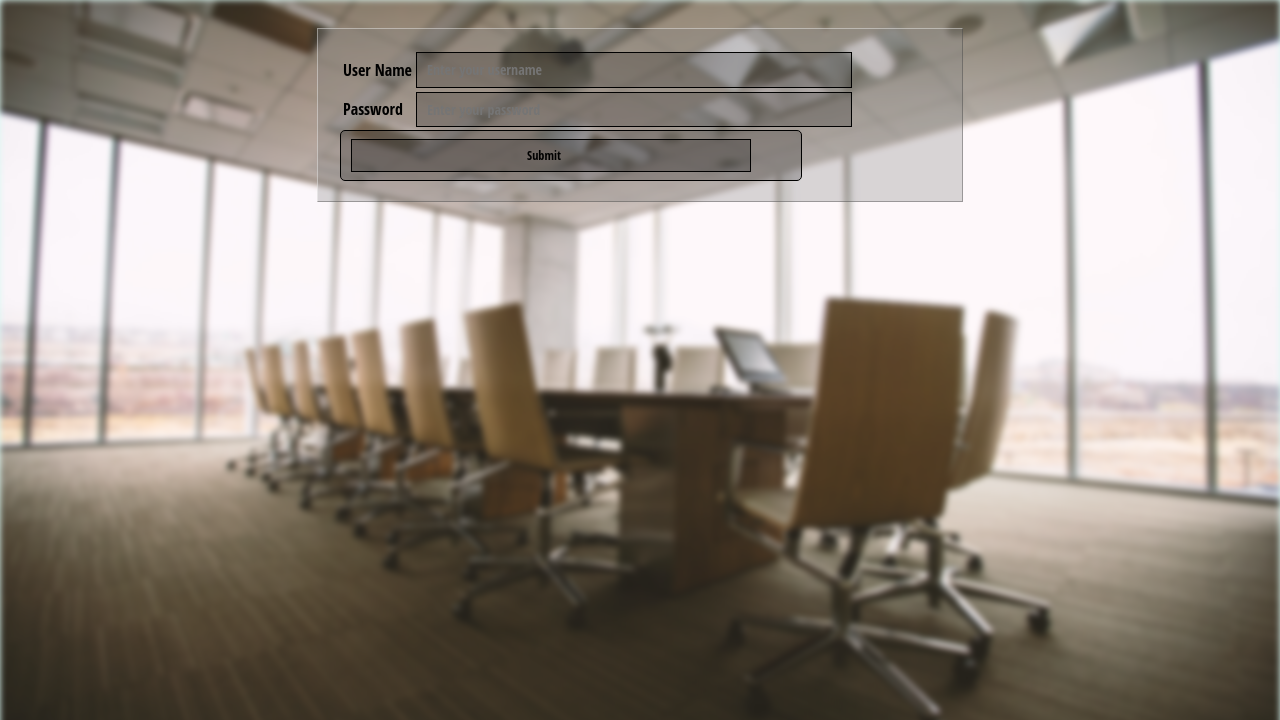
Repository: IT20643218/Employee-Management-System-OOP-Project-20-Y2S2
Page: http://localhost/EmployeeDemo/login.jsp
These files come from the project's save history. The page is drawn as it stood at one moment and after the next save; the edit follows.
The browser window is 1280 px wide. The pictures show the whole page.
Some web fonts or font styles are not loaded; a fallback is used. The page is served by Tomcat 9. Nobody is signed in. The application's start-up code is not run. Other server files are loaded and not shown.

Above is the page before, as saved 2021-09-30 12:58:42.

### Java_Project/EmployeeDemo/src/main/webapp/login.jsp
<%@ page language="java" contentType="text/html; charset=ISO-8859-1"
    pageEncoding="ISO-8859-1"%>
<!DOCTYPE html>
<html>
<head>
<meta charset="ISO-8859-1">
<title>Insert title here</title>
</head>
<link rel="stylesheet" href="style1.css">
<style>
@import url(https://fonts.googleapis.com/css?family=Open+Sans+Condensed:700);

body {
  background-color: #daf7f3;
  font-family: "Open Sans Condensed", sans-serif;

}

#bg {
  position: fixed;
  left: 0;
  top: 0;
  width: 100%;
  height: 100%;
  background: url(images/login.jpg) no-repeat center center fixed;
  background-size: cover;
  -webkit-filter: blur(3px);
}

form {
  position: relative;
  width: 600px;
  margin: 0 auto;
  background: rgba(130,130,130,.3);
  padding: 20px 22px;
  border: 1px solid;
  border-top-color: rgba(255,255,255,.4);
  border-left-color: rgba(255,255,255,.4);
  border-bottom-color: rgba(60,60,60,.4);
  border-right-color: rgba(60,60,60,.4);
}

form input, form button {
	width: 400px;
	border: 1px solid;
	background-color: rgba(0,0,0,.2);
  	background-repeat: no-repeat;
  	padding: 8px 24px 8px 10px;
  	font: bold .875em/1.25em "Open Sans Condensed", sans-serif;
}
#button{
	width: 400px;
	border: 1px solid;
	background-color: rgba(0,0,0,.2);
  	background-repeat: no-repeat;
  	padding: 8px 50px 8px 10px;
  	font: bold .875em/1.25em "Open Sans Condensed", sans-serif;
}


</style>
<body>
<div id="bg"></div>

<div>
	<form action="log" method="post">
	<table>
	<tr>
		<td>User Name</td>
		<td><input type="text" name="uid" placeholder="Enter your username" ></td>
	</tr>

	<tr>
		<td>Password</td>
		<td><input type="password" name="pass" placeholder="Enter your password" ></td>
	</tr>
	</table>

	<div id="button">
	<input type="submit" name="submit" value="Submit">
	</div>

	</form>
</div>
</body>
</html>

### Java_Project/EmployeeDemo/src/main/webapp/exstyle/style1.css
@charset "ISO-8859-1";
div {
  border-radius: 5px;
  background-color: #f2f2f2;
  padding: 20px;
}

After the next save:
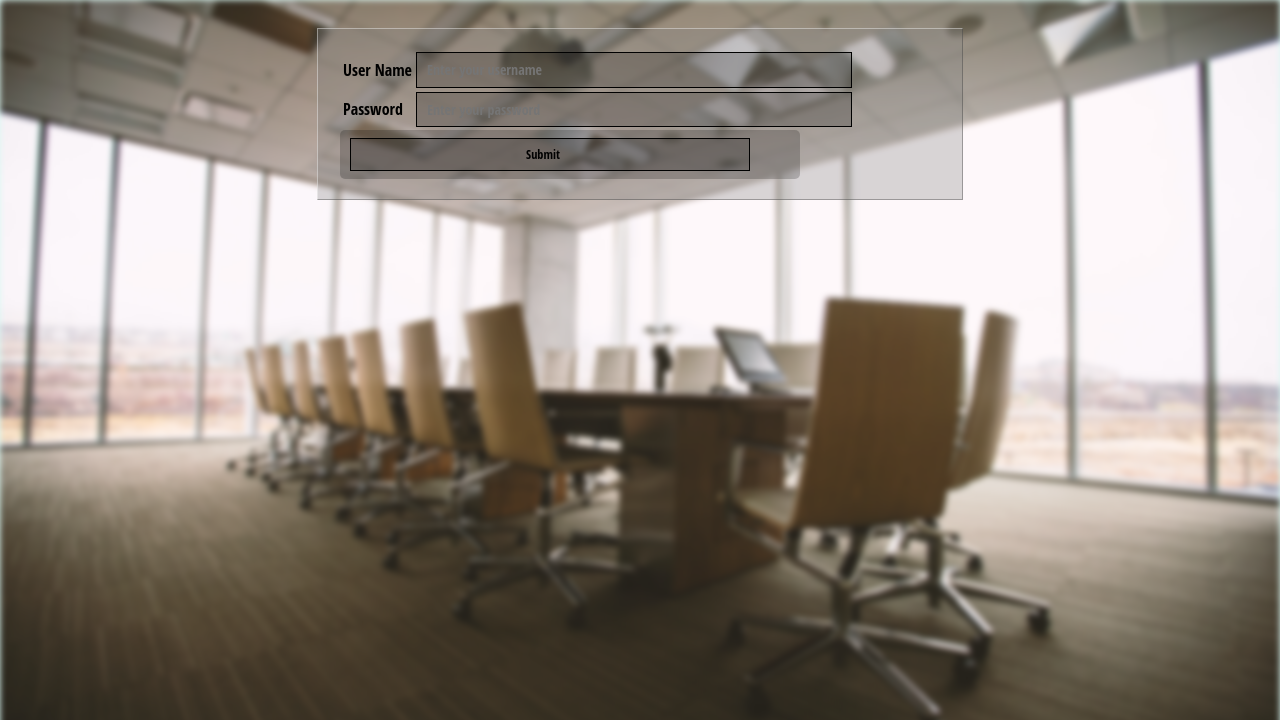
Saved 18 s later.
--- a/Java_Project/EmployeeDemo/src/main/webapp/login.jsp
+++ b/Java_Project/EmployeeDemo/src/main/webapp/login.jsp
@@ -50,7 +50,6 @@ form input, form button {
 }
 #button{
 	width: 400px;
-	border: 1px solid;
 	background-color: rgba(0,0,0,.2);
   	background-repeat: no-repeat;
   	padding: 8px 50px 8px 10px;
